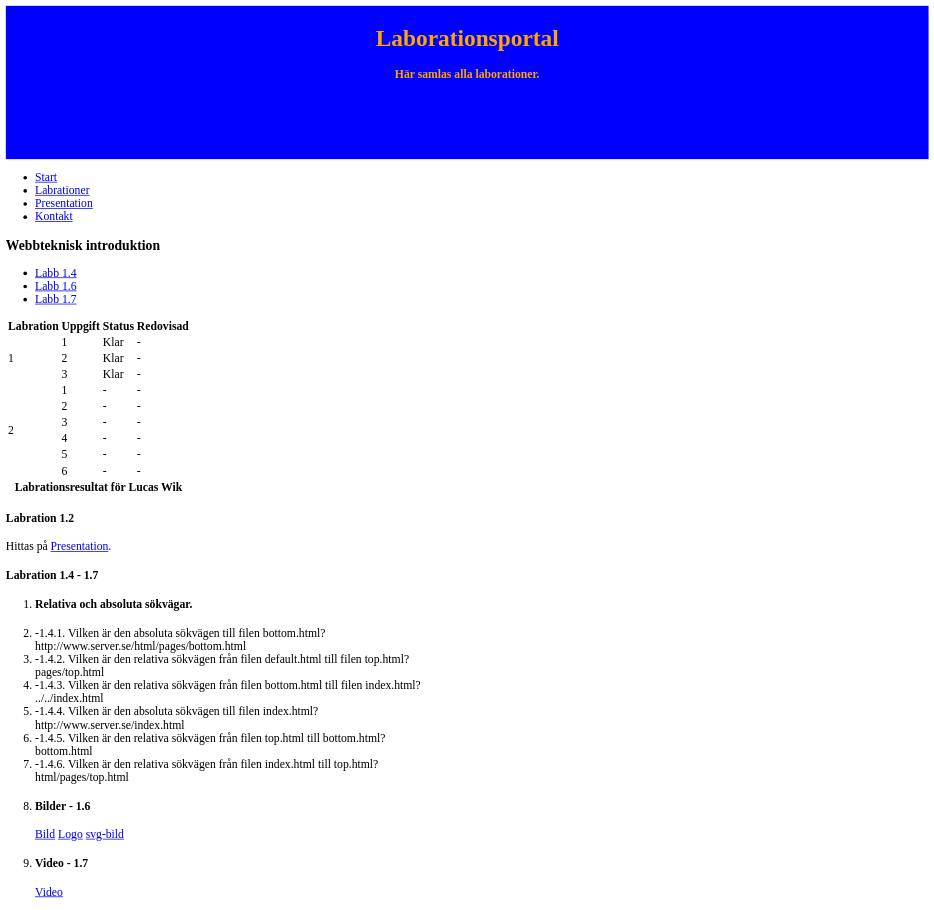
Repository: lw222gz/1ik415-laborationer
Page: Pages/labrationer.html
The author's editor kept a record of every edit. The page is drawn from the files as they stood at one moment, then again after the next edit.
The browser window is 1280 px wide. The pictures show the whole page, at 73% of full size.

Above is the page before.

After the next edit:
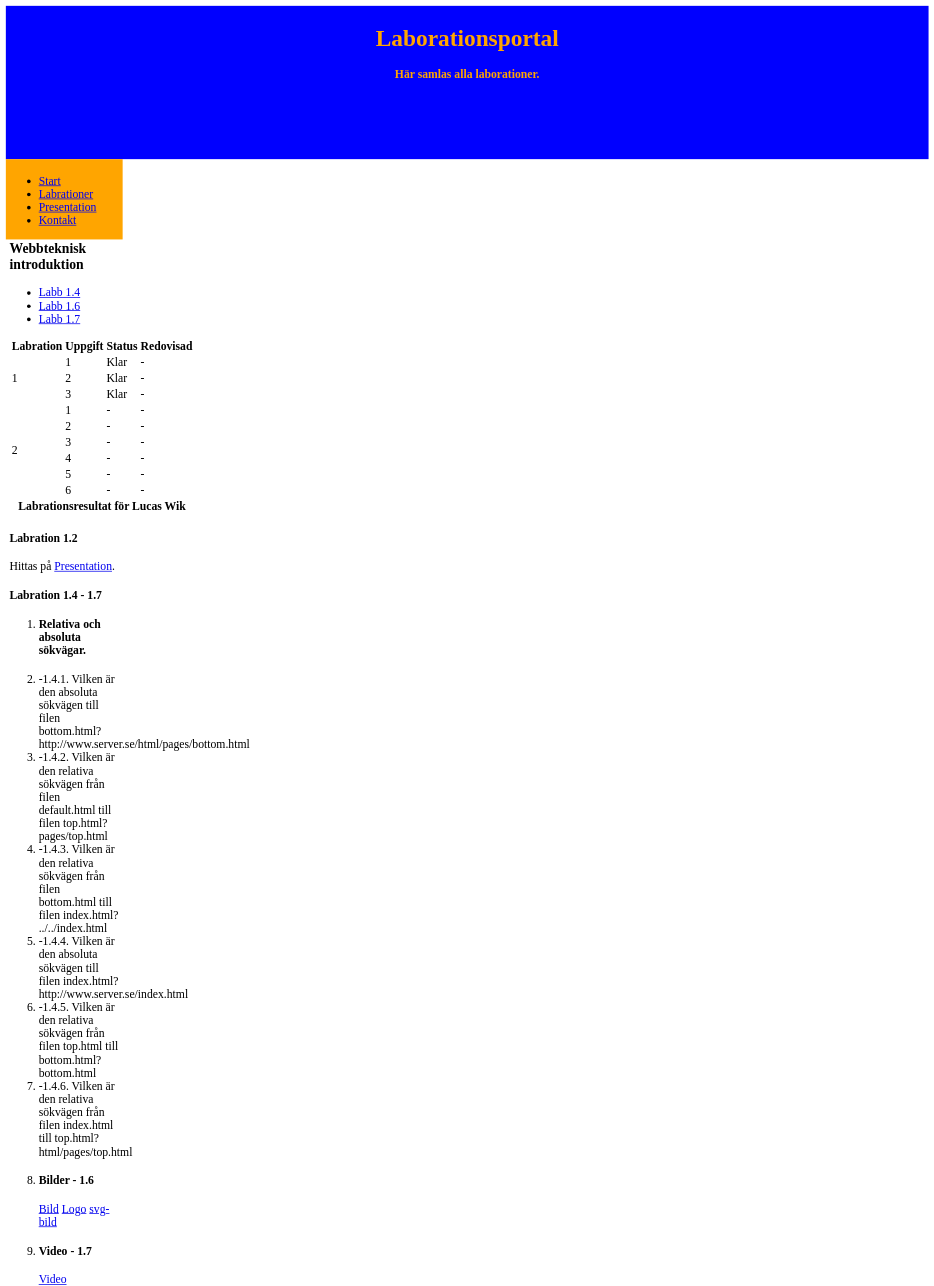
The edit:
--- a/Pages/labrationer.html
+++ b/Pages/labrationer.html
@@ -11,6 +11,8 @@
 
 <strong>Här samlas alla laborationer.</strong>
 </div>
+
+<div id="navigator">
 <ul>
     <li><a href="../index.html">Start</a></li>
     <li><a href="labrationer.html">Labrationer</a></li>
